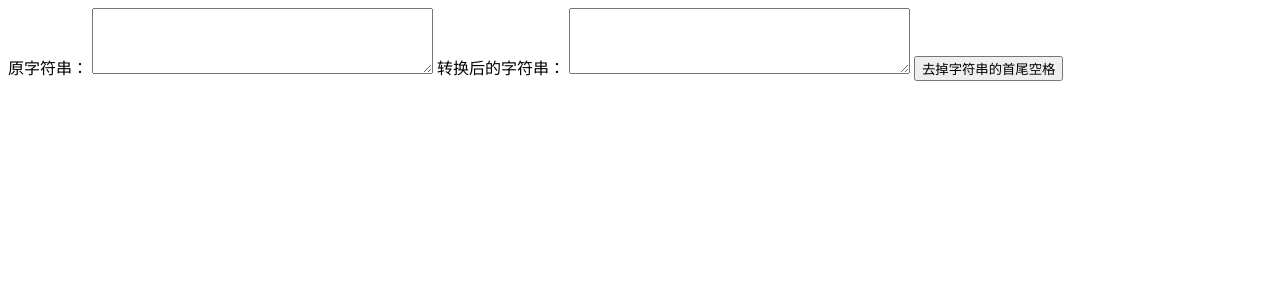
Repository: bookFireFly/bookFireFly
Page: JavaScriptMingriBook/Main/36replace-split.html
The author's editor kept a copy of each file at every save. The page is drawn from the files as they stood at one save, then again after the next save.
The browser window is 1280 px wide. The pictures show the whole page.

Above is the page before, as saved 2017-10-19 14:28:47.

### JavaScriptMingriBook/Main/36replace-split.html
<!DOCTYPE html>
<html>
<head>
<meta charset="UTF-8">
<title>Insert title here</title>
</head>
<body>
<form name="form1" id="form1" method="post" action="">
原字符串：
<textarea name="oldString" rows="4" cols="40"></textarea>
转换后的字符串：
<textarea name="newString" rows="4" cols="40"></textarea>
<input name="Button" type="button" value="去掉字符串的首尾空格" onclick="trim()">
</form>
<script type="text/javascript">
function trim(){
	var str=form1.oldString.value;
	if (str==""){
		alert("请输入原字符串");form1.oldString.focus();return;
	}else{
		var objExp=/(^\s*)|(\s*$)/g;
		str=str.replace(objExp,"");
	}
	form1.newString.value=str;
// 	document.write(str);
}
</script>
</body>
</html>

After the next save:
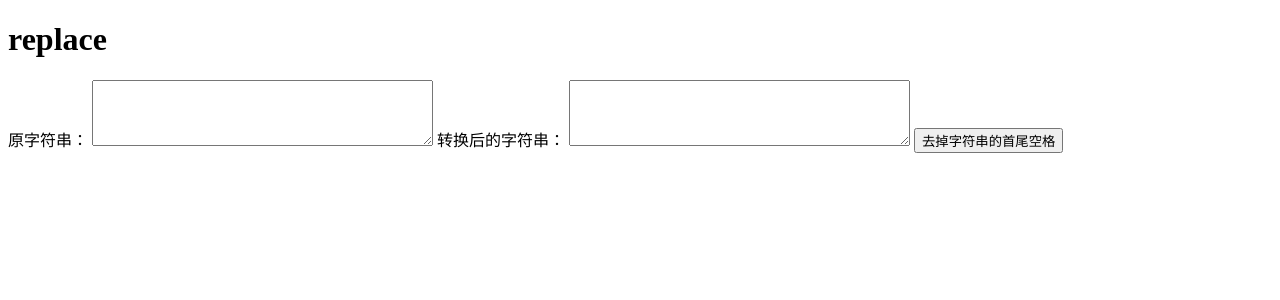
Saved 2 min 57 s later.
--- a/JavaScriptMingriBook/Main/36replace-split.html
+++ b/JavaScriptMingriBook/Main/36replace-split.html
@@ -5,6 +5,7 @@
 <title>Insert title here</title>
 </head>
 <body>
+<h1>replace</h1>
 <form name="form1" id="form1" method="post" action="">
 原字符串：
 <textarea name="oldString" rows="4" cols="40"></textarea>
@@ -24,6 +25,7 @@ function trim(){
 	form1.newString.value=str;
 // 	document.write(str);
 }
+
 </script>
 </body>
 </html>
